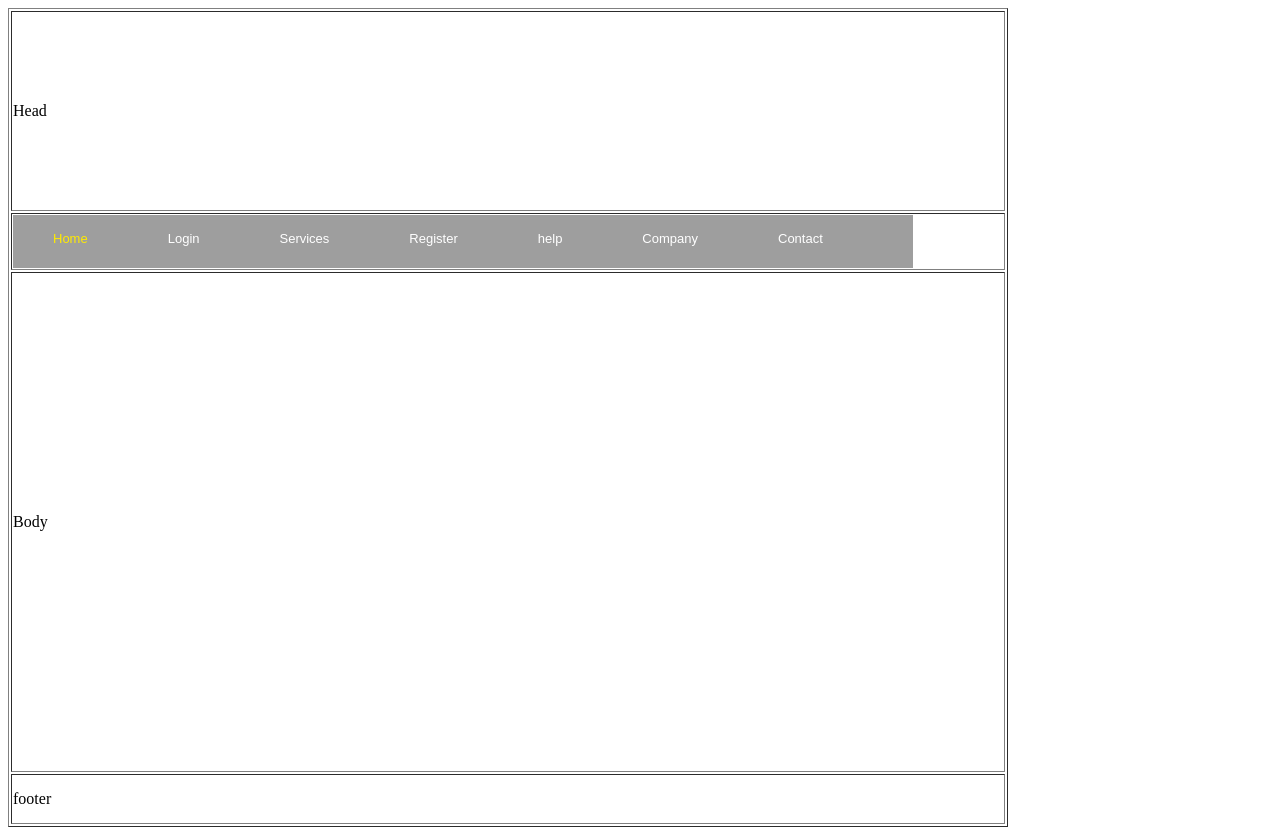
Repository: PraveenRavipati/MyWork
Page: Java/workspaces/office Java WorkScapces/works/javaTraining/WebContent/home.html
An editor plug-in stored every save of this project. The page is shown before and after the next save, followed by the edit.
The browser window is 1280 px wide. The pictures show the whole page.
Pictures or frames that could not be fetched are drawn as grey boxes.

Above is the page before, as saved 2014-06-02 10:11:17.

After the next save:
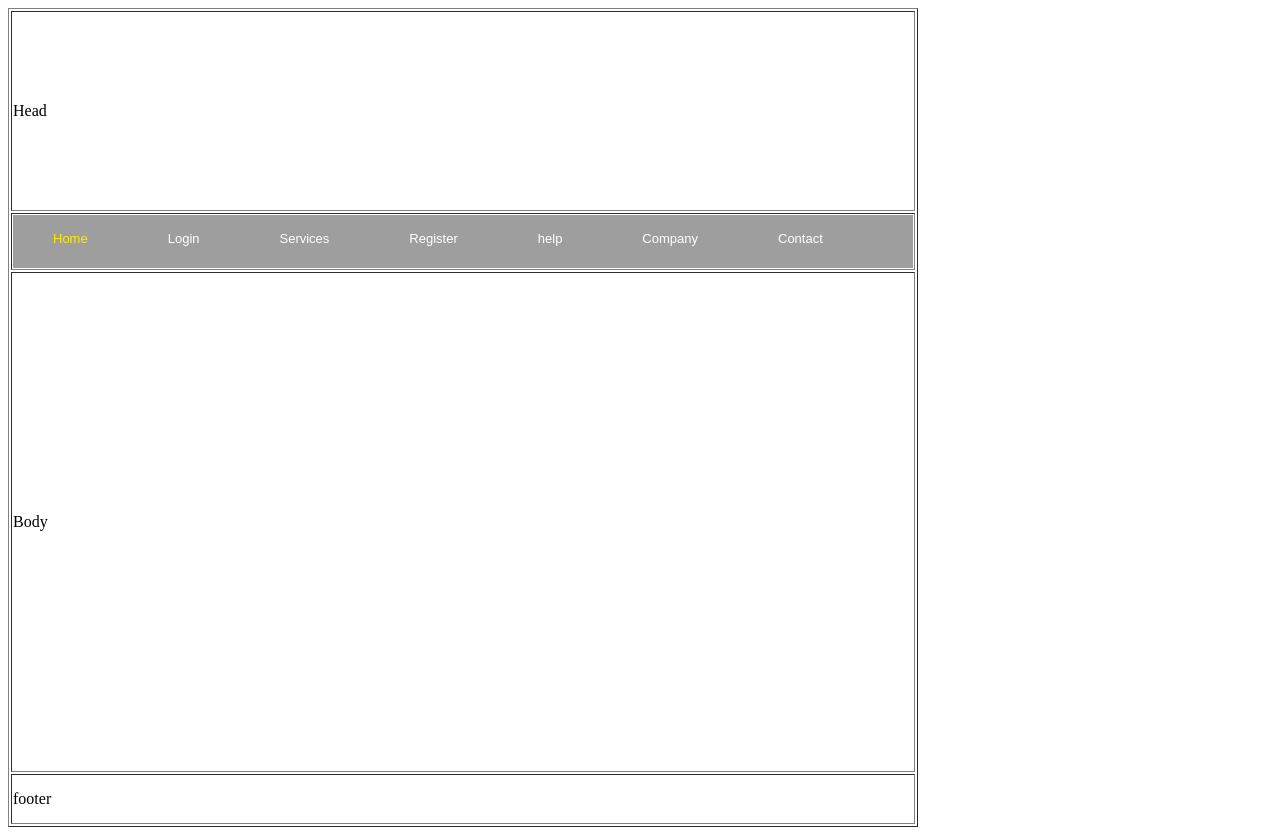
Saved 2 min 39 s later.
--- a/Java/workspaces/office Java WorkScapces/works/javaTraining/WebContent/home.html
+++ b/Java/workspaces/office Java WorkScapces/works/javaTraining/WebContent/home.html
@@ -6,7 +6,7 @@
 <link href="style.css" rel="stylesheet" type="text/css">
 </head>
 <body>
-	<table border="1" width="1000">
+	<table border="1" width="900">
 		<tr height="200">
 			<td>Head</td>
 		</tr>
